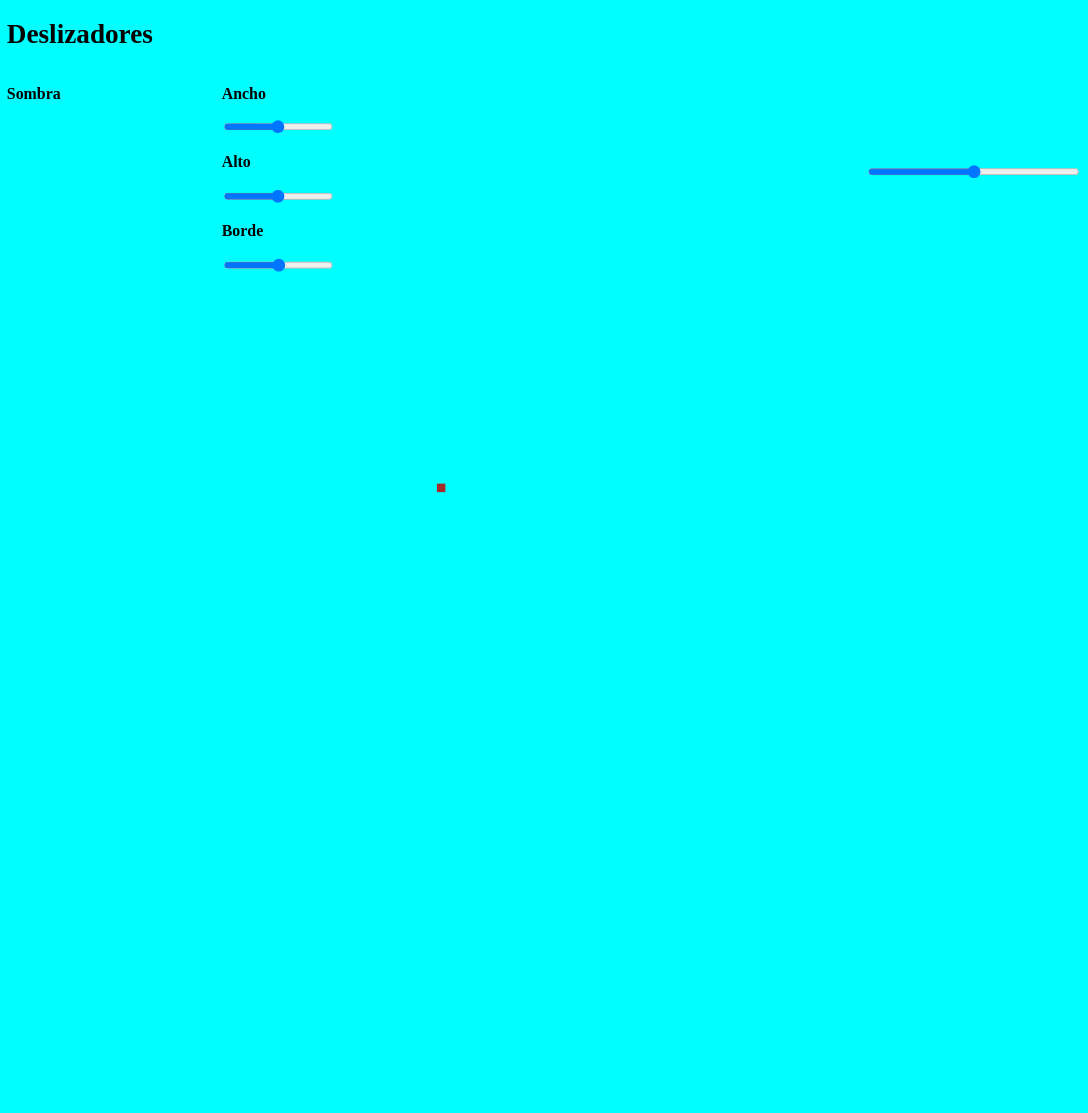
Repository: Kevin8548/Ejercicios-DOM
Page: Deslizador.html
An editor plug-in stored every save of this project. The page is shown before and after the next save, followed by the edit.
The browser window is 1280 px wide. The pictures show the whole page, at 85% of full size.

Above is the page before, as saved 2024-10-02 13:58:20.

After the next save:
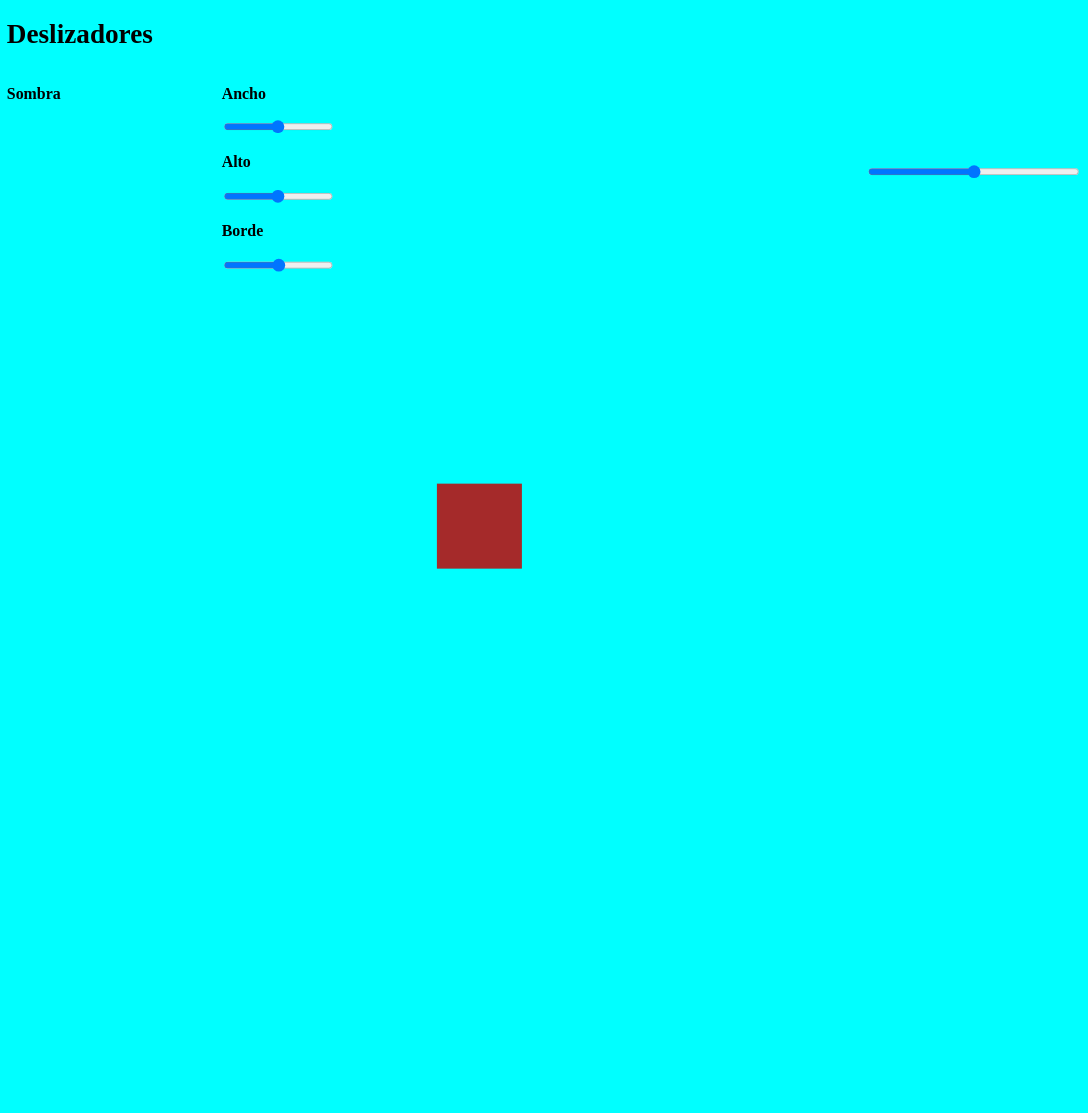
Saved 65 s later.
--- a/deslizadores.css
+++ b/deslizadores.css
@@ -18,7 +18,7 @@
     }
 
     .div2{
-        width: 10px;
-        height: 10px;
+        width: 100px;
+        height: 100px;
         background-color: brown;
     }
